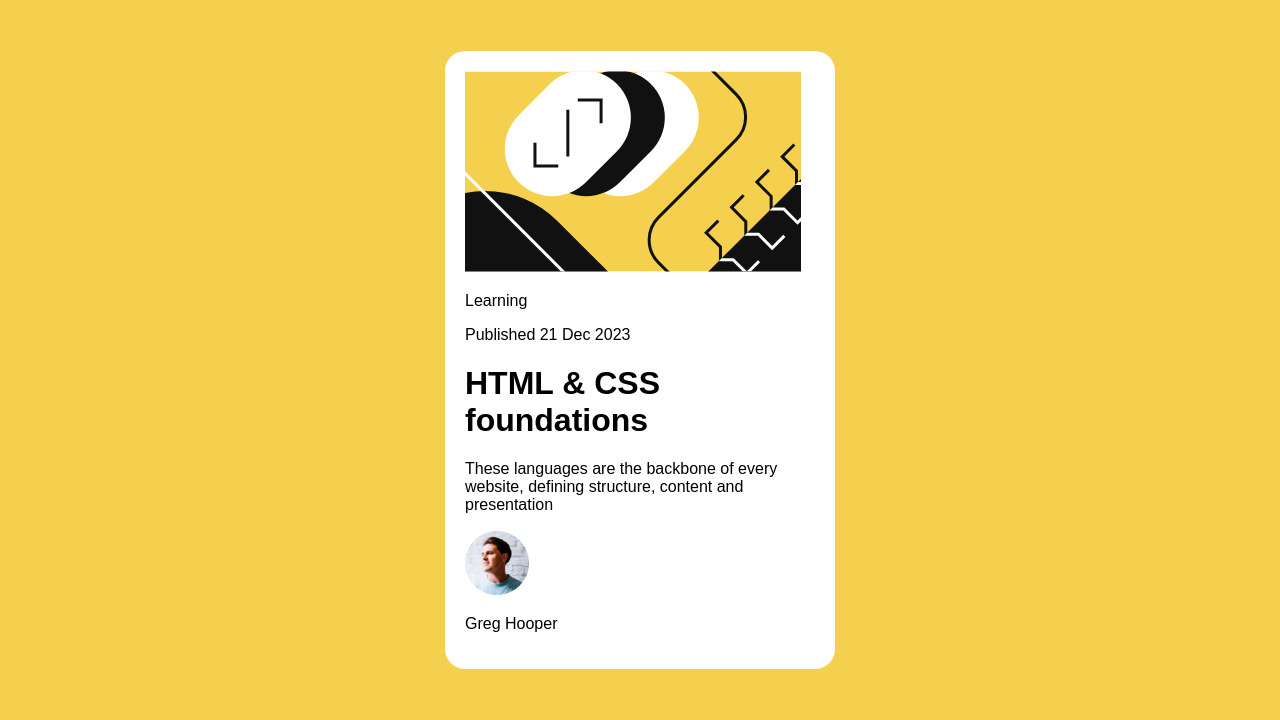
Repository: brandontaylor1/blogpreviewcard
Page: index.html
The author's editor kept a copy of each file at every save. The page is drawn from the files as they stood at one save, then again after a run of saves.
The browser window is 1280 px wide. The pictures show the whole page.

Above is the page before, as saved 2024-12-25 10:59:15.

After the next 2 saves:
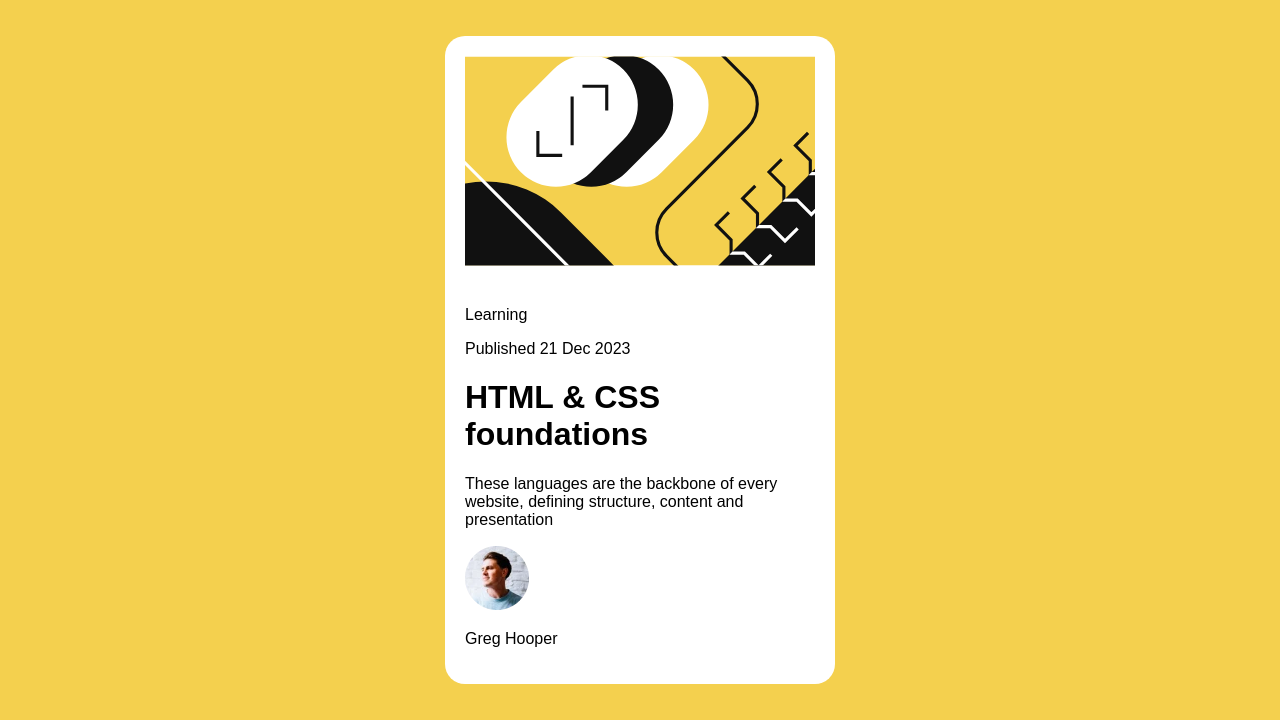
The 2 saves are shown as one change because they came seconds apart.
The last was saved 8 s later.
--- a/index.css
+++ b/index.css
@@ -36,5 +36,6 @@ body {
 }
 
 .heading-img {
-    text-align: center;
+    width: 100%;
+    margin-bottom: 20px;
 }
